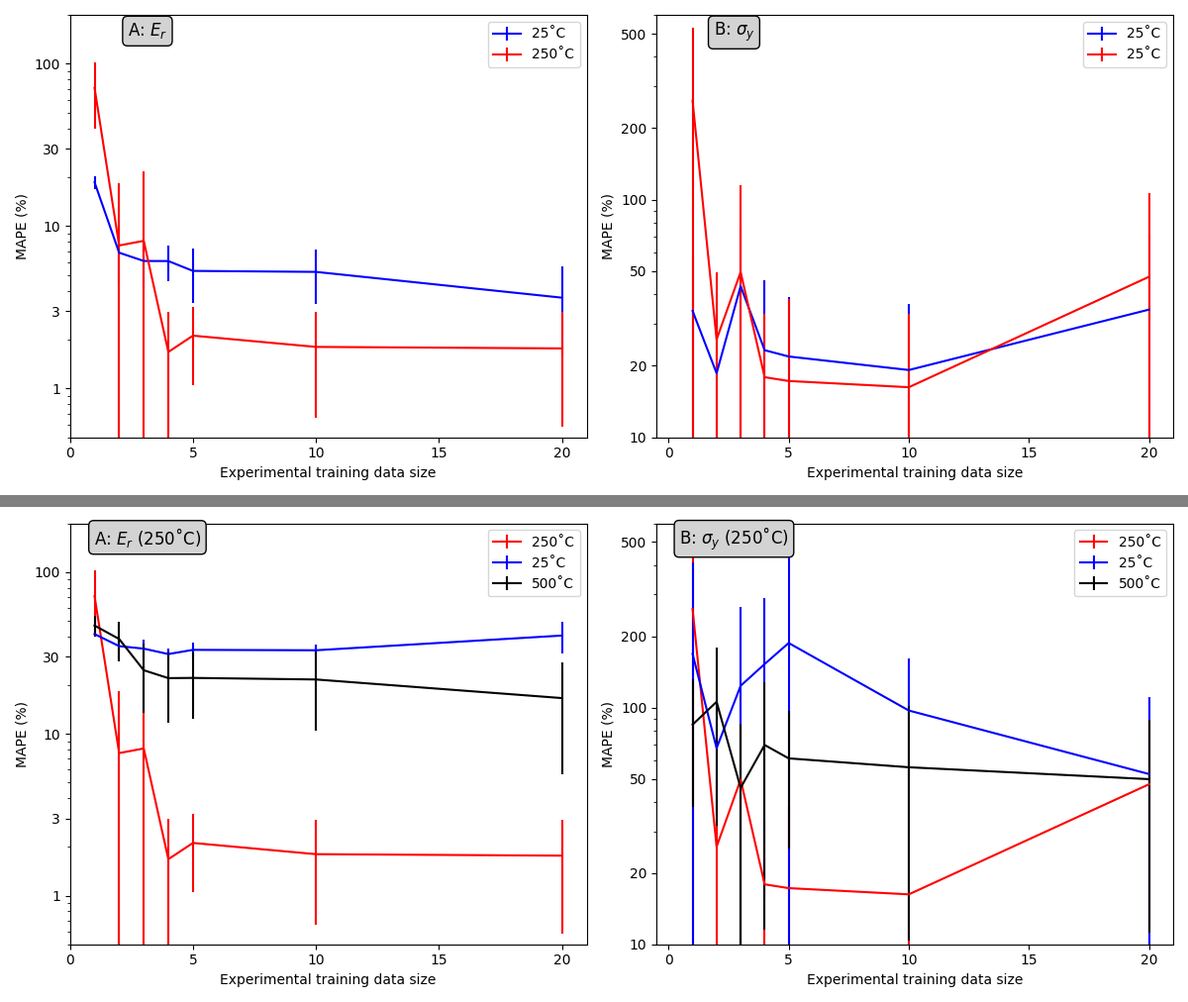
Repository: JoeSpencer1/temperature-dependant
Script's output: python src/figures.py
The author's editor kept a copy of each file at every save. The script's output is drawn from the files as they stood at one save, then again after the next save.
The pictures are shown at 99% of full size.
Each picture stacks the figures in order, with grey between them; figures that are only written to a file come last. Random numbers start from a fixed seed.

Above is the script's output before, as saved 2023-10-29 15:35:08.

After the next save:
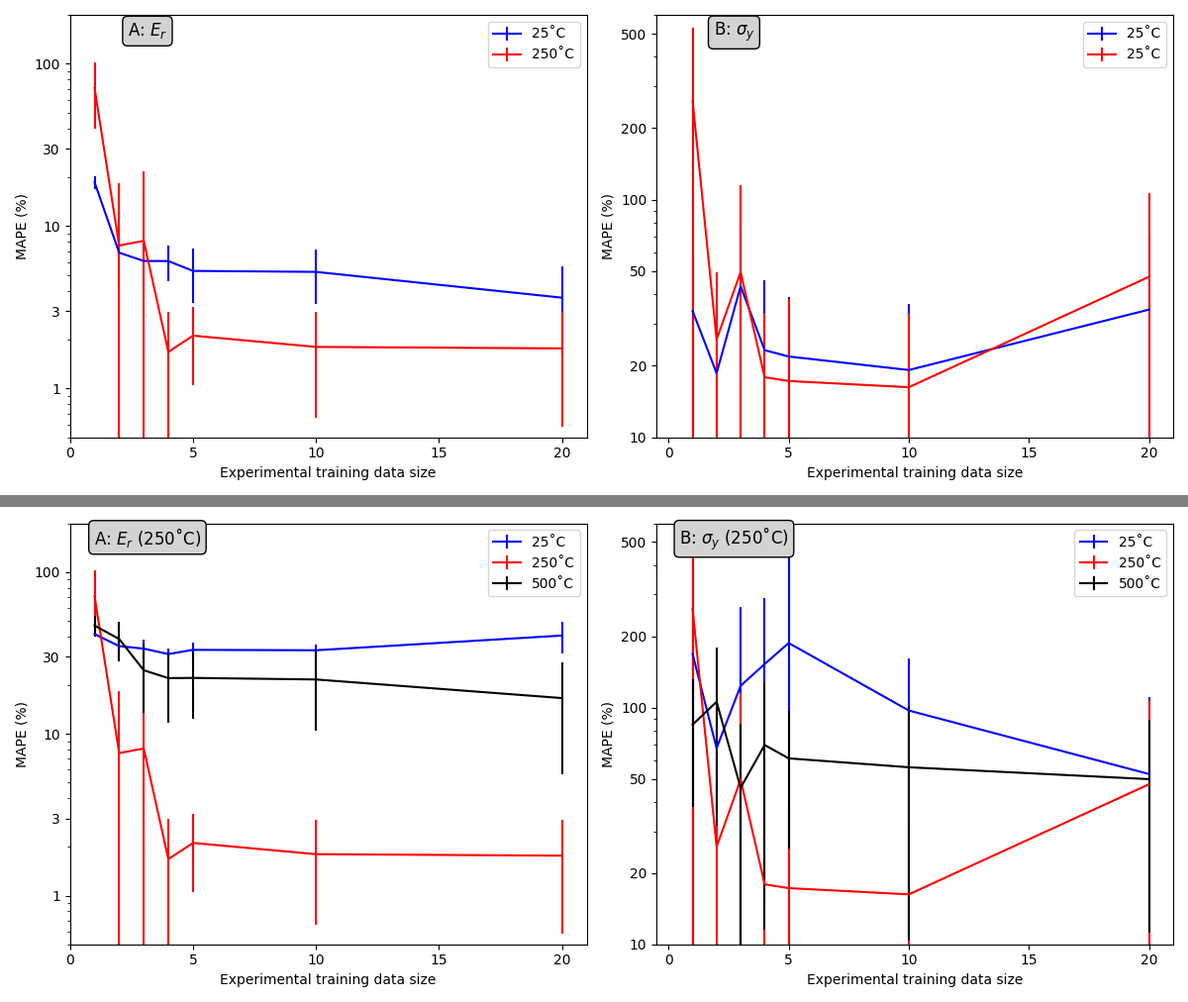
Saved 105 s later.
--- a/src/figures.py
+++ b/src/figures.py
@@ -60,8 +60,8 @@ plt.show()
 
 
 fig, (ax1, ax2) = plt.subplots(1, 2, figsize=(12, 5))
+ax1.errorbar(n, Ti25250E, yerr = εTi25250E, color = 'blue', label = "25˚C")
 ax1.errorbar(n, Ti250E, yerr = εTi250E, color = 'red', label = "250˚C")
-ax1.errorbar(n, Ti25250E, yerr = εTi25250E, color = 'blue', label = "25˚C")
 ax1.errorbar(n, Ti500E, yerr = εTi500E, color = 'black', label = "500˚C")
 ax1.set_yscale('log')
 ax1.set_ylim([0.5, 200])
@@ -76,8 +76,8 @@ ax1.annotate("A: $E_{r}$ (250˚C)", xy=(0.15, 0.95), xycoords="axes fraction",
               fontsize=12, ha="center",
               bbox=dict(boxstyle="round,pad=0.3", edgecolor="black", facecolor="lightgray"))
 
+ax2.errorbar(n1, Ti25250σ, yerr = εTi25250σ, color = 'blue', label = "25˚C")
 ax2.errorbar(n1, Ti250σ, yerr = εTi250σ, color = 'red', label = "250˚C")
-ax2.errorbar(n1, Ti25250σ, yerr = εTi25250σ, color = 'blue', label = "25˚C")
 ax2.errorbar(n1, Ti500σ, yerr = εTi500σ, color = 'black', label = "500˚C")
 ax2.set_yscale('log')
 ax2.set_ylim([10, 600])
